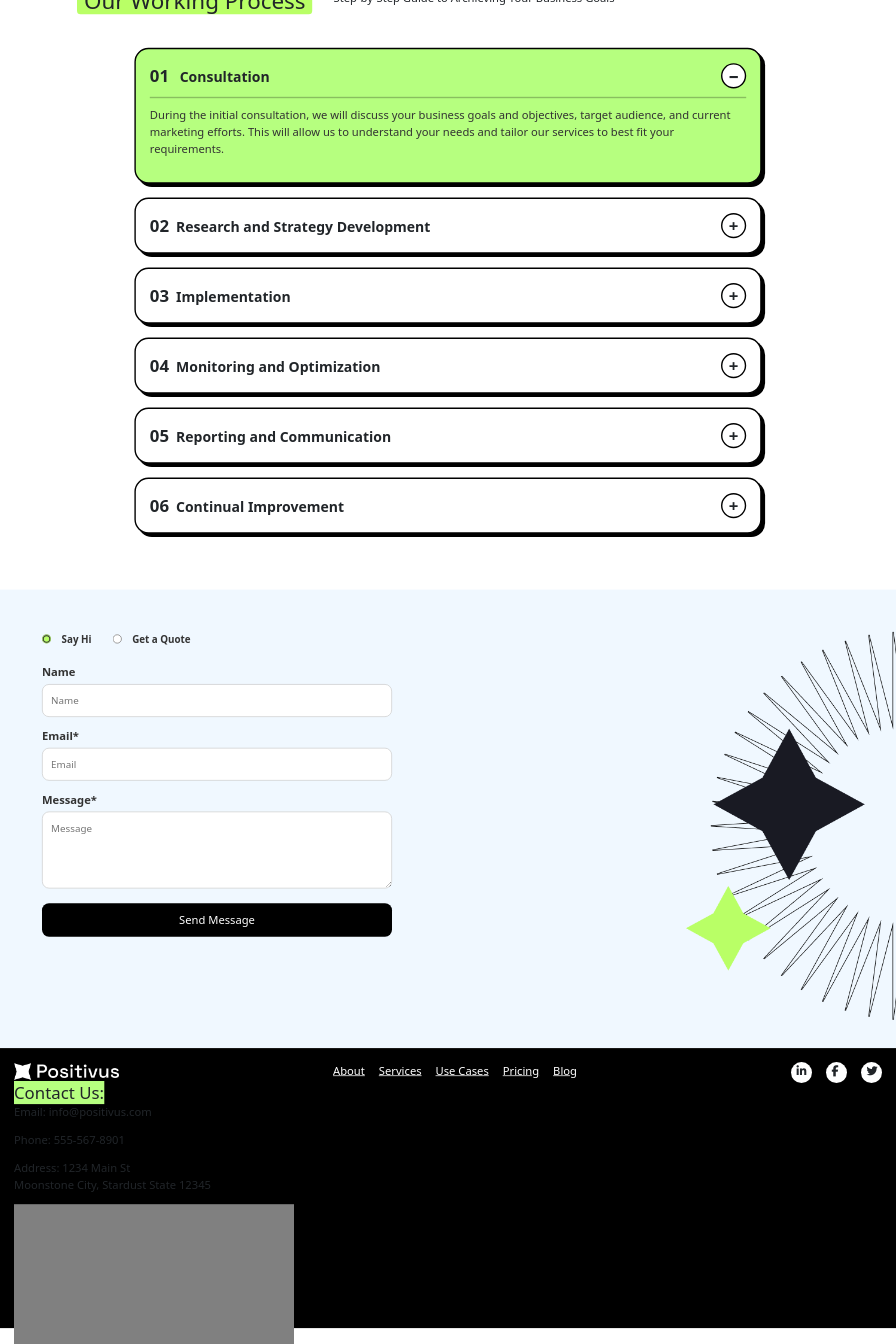
Repository: inshaabbas/CSS-Hackathon-SMIT
Page: index.html
An editor plug-in stored every save of this project. The page is shown before and after the next save, followed by the edit.
The browser window is 1280 px wide. The pictures show the part of the page from y = 1276 to 3196 px (the page is 3196 px tall), at 70% of full size.
A picture or video elsewhere on the page could not be fetched, so the positions and the page height are approximate.

Above is the page before, as saved 2025-06-25 11:00:56.

After the next save:
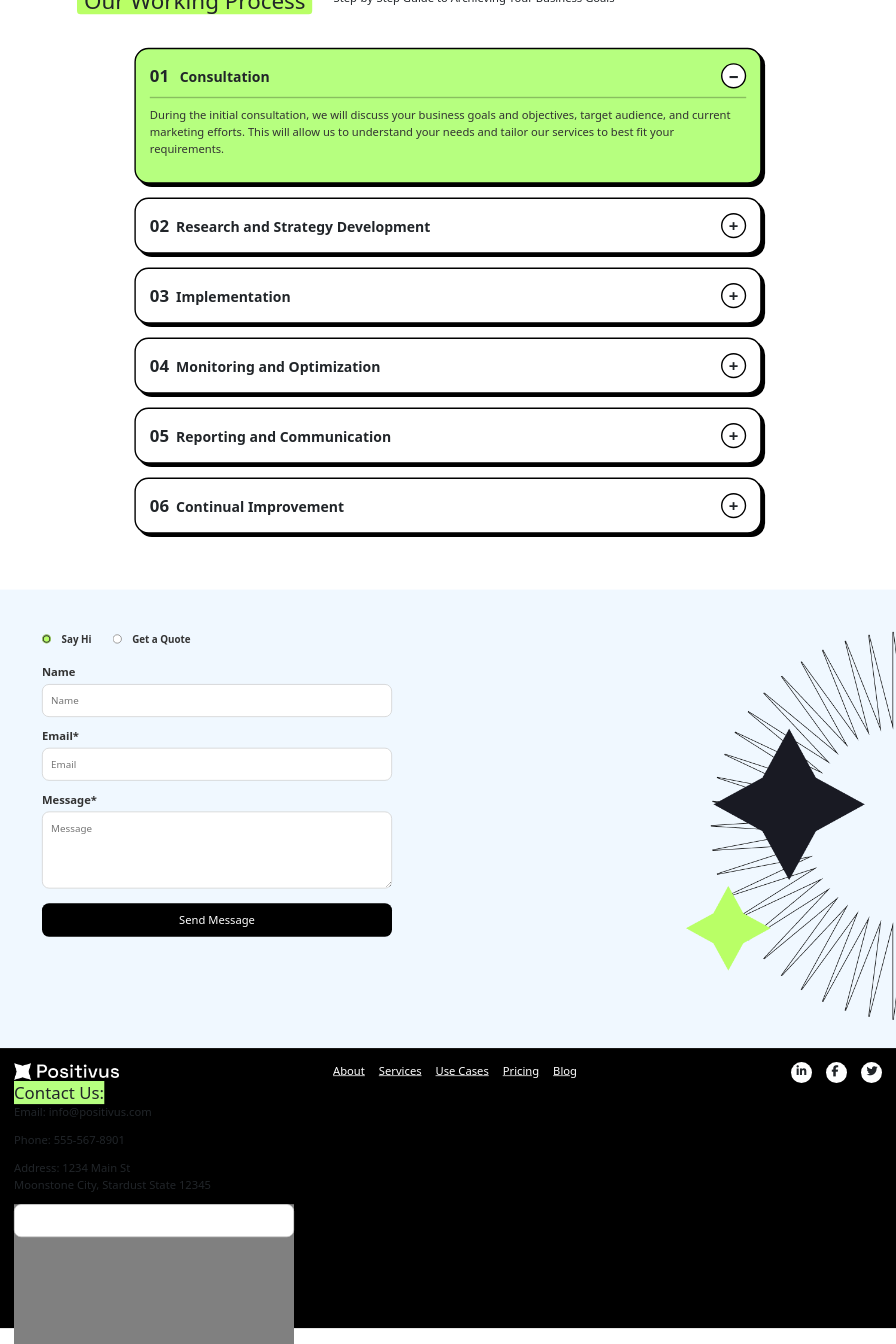
Saved 17 s later.
--- a/index.html
+++ b/index.html
@@ -222,7 +222,9 @@
                 <p>Phone: 555-567-8901</p>
                 <p>Address: 1234 Main St <br> Moonstone City, Stardust State 12345</p>
             </div>
-            <div class="fot-input"></div>
+            <div class="fot-input">
+                <input type="text">
+            </div>
         </div>
      </footer>
 
